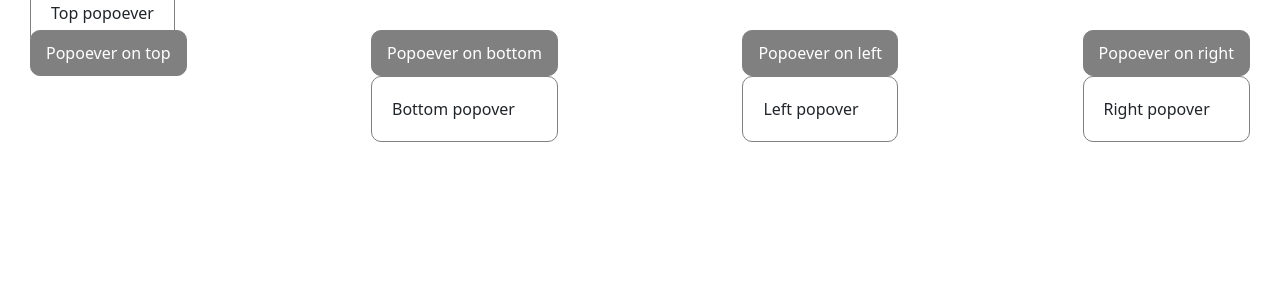
Repository: 1509Long/1509long.github.io
Page: exam.html
These files come from the project's save history. The page is drawn as it stood at one moment and after the next save; the edit follows.
The browser window is 1280 px wide. The pictures show the whole page.

Above is the page before, as saved 2022-05-24 20:39:26.

After the next save:
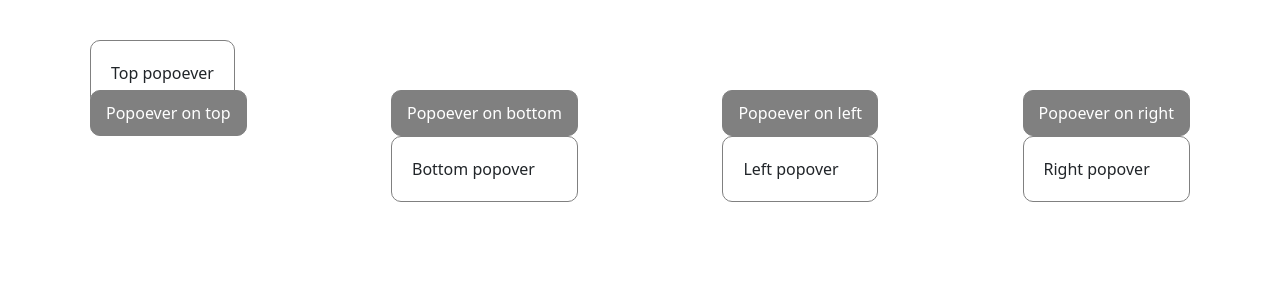
Saved 5 s later.
--- a/exam.html
+++ b/exam.html
@@ -19,7 +19,7 @@
     <style>
 
       body {
-        margin: 30px;
+        margin: 90px;
       }
       /* .toggle-top , .toggle-bottom , .toggle-left , .toggle-right {
         visibility: hidden;
